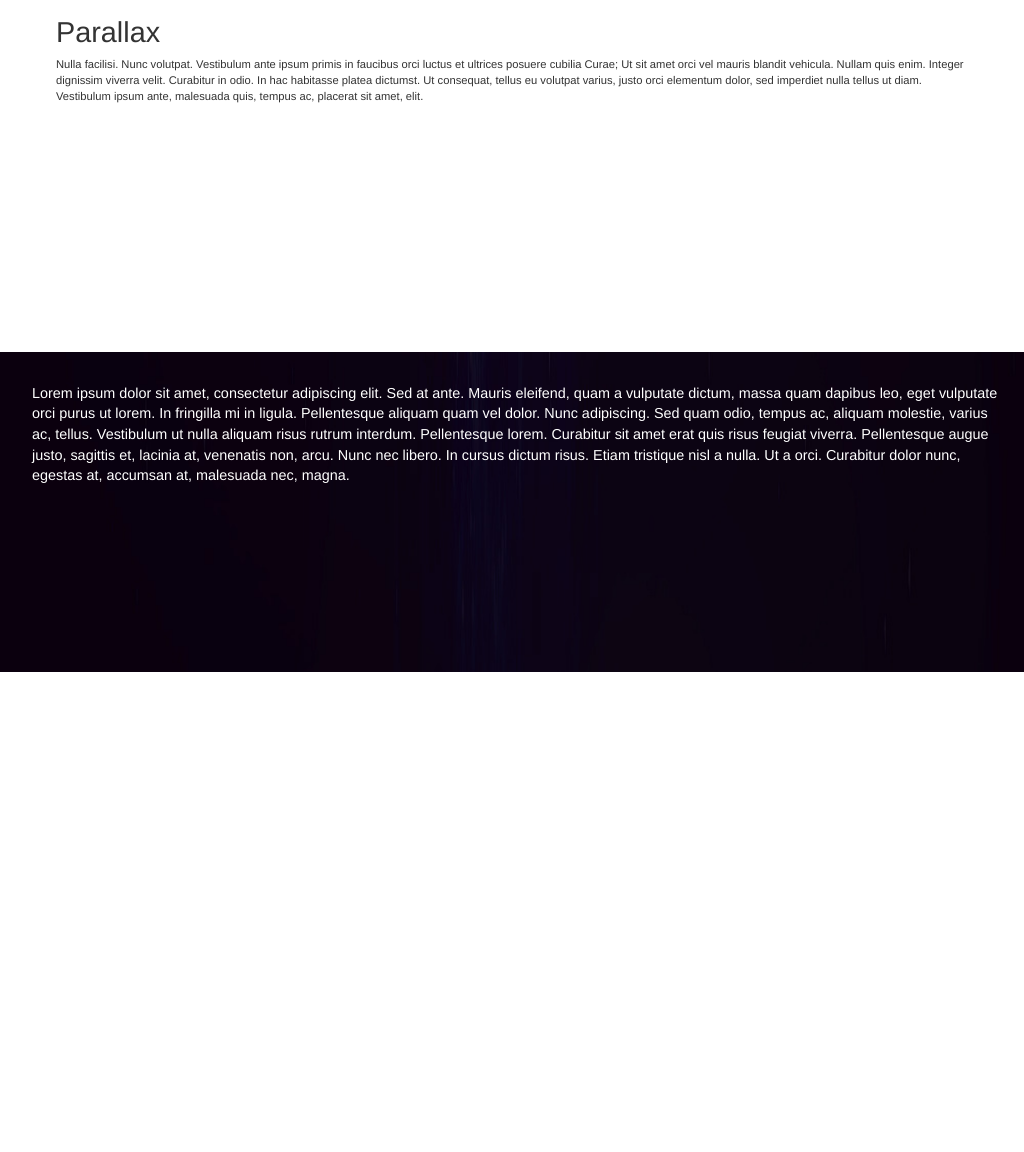
Repository: heshanera/HTML-CSS-JAVASCRITP
Page: parallax/parallax.html
The author's editor kept a record of every edit. The page is drawn from the files as they stood at one moment, then again after the next edit.
The browser window is 1280 px wide. The pictures show the whole page, at 80% of full size.
Some web libraries are served in a nearby version.

Above is the page before.

### parallax/parallax.html
<!DOCTYPE html>
<html lang="en">
  <head>
    <meta charset="utf-8">
    <meta name="viewport" content="width=device-width, initial-scale=1">

    <link rel="stylesheet" href="https://maxcdn.bootstrapcdn.com/bootstrap/3.3.7/css/bootstrap.min.css">
    <link rel="stylesheet" href="de_css/font-awesome/css/font-awesome.min.css">

    <script src="https://ajax.googleapis.com/ajax/libs/jquery/3.1.1/jquery.min.js"></script>
    <script src="https://maxcdn.bootstrapcdn.com/bootstrap/3.3.7/js/bootstrap.min.js"></script>

    <link rel="stylesheet" href="de_css/parallax.css">

    <script src="de_js/parallax.js"></script>

  </head>
  <body>

    <div class = "container">
      <h1> Parallax </h1>
      <p>
        Nulla facilisi. Nunc volutpat. Vestibulum ante ipsum primis in faucibus orci luctus et ultrices posuere cubilia Curae; Ut sit amet orci vel mauris blandit vehicula. Nullam quis enim. Integer dignissim viverra velit. Curabitur in odio. In hac habitasse platea dictumst. Ut consequat, tellus eu volutpat varius, justo orci elementum dolor, sed imperdiet nulla tellus ut diam. Vestibulum ipsum ante, malesuada quis, tempus ac, placerat sit amet, elit.
      <p>
    </div>
    <div style = "margin-top:300px"></div>

    <div class = "parallax-container">
      <div class="parallax-img-box" id="parallax1" style="background-image:url('de_imgs/parallax1.jpg')">
          <div class="parallax-content-box" >
            Lorem ipsum dolor sit amet, consectetur adipiscing elit. Sed at ante. Mauris eleifend, quam a vulputate dictum, massa quam dapibus leo, eget vulputate orci purus ut lorem. In fringilla mi in ligula. Pellentesque aliquam quam vel dolor. Nunc adipiscing. Sed quam odio, tempus ac, aliquam molestie, varius ac, tellus. Vestibulum ut nulla aliquam risus rutrum interdum. Pellentesque lorem. Curabitur sit amet erat quis risus feugiat viverra. Pellentesque augue justo, sagittis et, lacinia at, venenatis non, arcu. Nunc nec libero. In cursus dictum risus. Etiam tristique nisl a nulla. Ut a orci. Curabitur dolor nunc, egestas at, accumsan at, malesuada nec, magna.
          </div>
      </div>
    </div>

    <div style = "margin-bottom:600px"></div>
  </body>
</html>

### parallax/de_css/parallax.css
.parallax-container{
  width:100%;
  min-height:400px;
}

.parallax-img-box{
  min-height:400px !important;
  padding: 40px 20px 20px 40px;
  background-size: cover;
}


.parallax-content-box{
  color:#fff;
  font-size: 18px;
}

### parallax/de_js/parallax.js
/*
$(document).ready(function(){
    var $wndw = $(window);

    var pos = $("#parallax1").offset().top;
    pos -= $(window).height();

    $(window).scroll(function() {
      console.log($(window).scrollTop());
      if ( ($(window).scrollTop() > pos) & ($(window).scrollTop() < pos + $('#parallax1').height()) ) {
        //alert(pos);

        $('#parallax1').each(function(){
            var scroll_speed = 1; // modified value
            var $this = $(this);
            $(window).scroll(function() {
                var bgScroll = -(($wndw.scrollTop() - $this.offset().top)/ scroll_speed);
                var bgPosition = 'center '+ bgScroll + 'px';
                $this.css({ backgroundPosition: bgPosition });
            });
        });
      } else { }
    });
});
*/

$(document).ready(function(){
  var $wndw = $(window);
    $('#parallax1').each(function(){
        var scroll_speed = 1; // modified value
        var $this = $(this);
        $(window).scroll(function() {
            var bgScroll = -(($wndw.scrollTop() - $this.offset().top)/ scroll_speed);
            var bgPosition = 'center '+ bgScroll + 'px';
            $this.css({ backgroundPosition: bgPosition });
        });
    });
});

Loaded but not shown: parallax/de_css/font-awesome/css/font-awesome.min.css (library)

After the next edit:
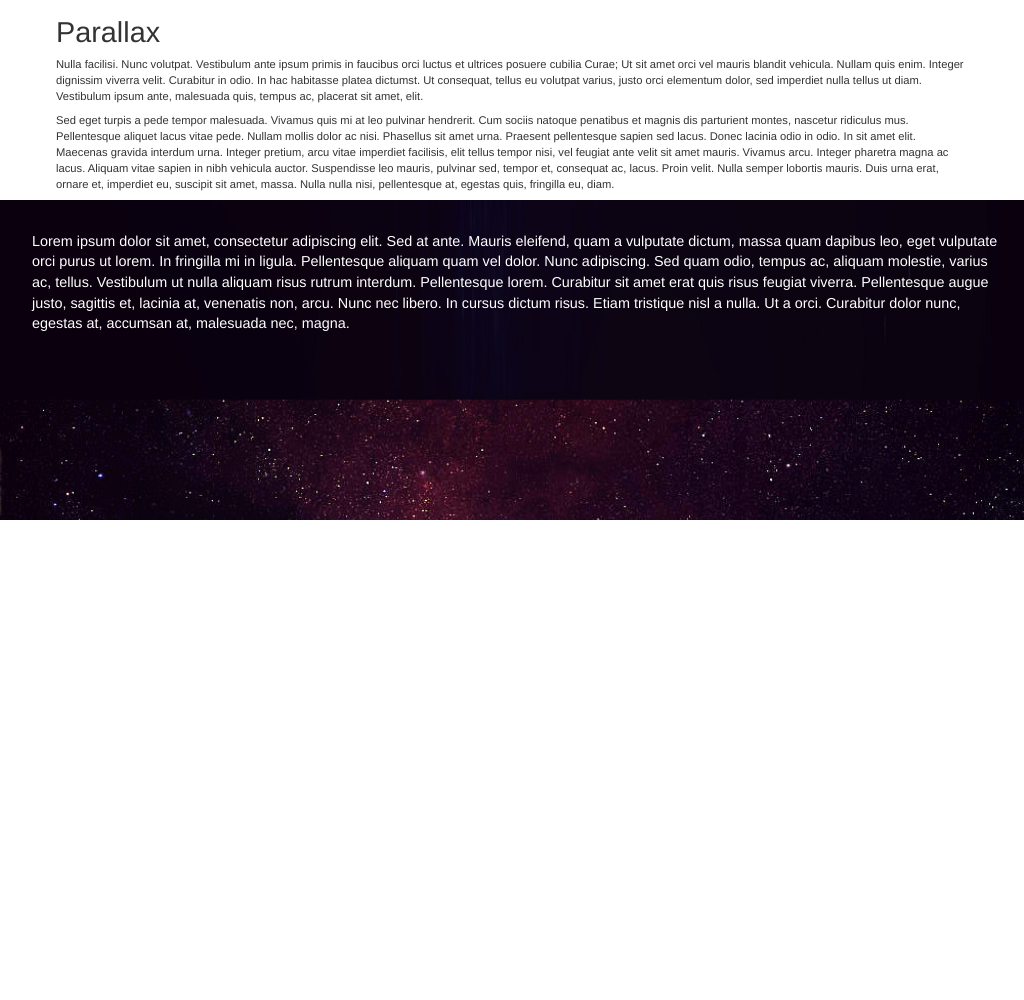
The edit:
--- a/parallax/parallax.html
+++ b/parallax/parallax.html
@@ -21,9 +21,11 @@
       <h1> Parallax </h1>
       <p>
         Nulla facilisi. Nunc volutpat. Vestibulum ante ipsum primis in faucibus orci luctus et ultrices posuere cubilia Curae; Ut sit amet orci vel mauris blandit vehicula. Nullam quis enim. Integer dignissim viverra velit. Curabitur in odio. In hac habitasse platea dictumst. Ut consequat, tellus eu volutpat varius, justo orci elementum dolor, sed imperdiet nulla tellus ut diam. Vestibulum ipsum ante, malesuada quis, tempus ac, placerat sit amet, elit.
+      </p>
       <p>
+        Sed eget turpis a pede tempor malesuada. Vivamus quis mi at leo pulvinar hendrerit. Cum sociis natoque penatibus et magnis dis parturient montes, nascetur ridiculus mus. Pellentesque aliquet lacus vitae pede. Nullam mollis dolor ac nisi. Phasellus sit amet urna. Praesent pellentesque sapien sed lacus. Donec lacinia odio in odio. In sit amet elit. Maecenas gravida interdum urna. Integer pretium, arcu vitae imperdiet facilisis, elit tellus tempor nisi, vel feugiat ante velit sit amet mauris. Vivamus arcu. Integer pharetra magna ac lacus. Aliquam vitae sapien in nibh vehicula auctor. Suspendisse leo mauris, pulvinar sed, tempor et, consequat ac, lacus. Proin velit. Nulla semper lobortis mauris. Duis urna erat, ornare et, imperdiet eu, suscipit sit amet, massa. Nulla nulla nisi, pellentesque at, egestas quis, fringilla eu, diam.
+      </p>
     </div>
-    <div style = "margin-top:300px"></div>
 
     <div class = "parallax-container">
       <div class="parallax-img-box" id="parallax1" style="background-image:url('de_imgs/parallax1.jpg')">
